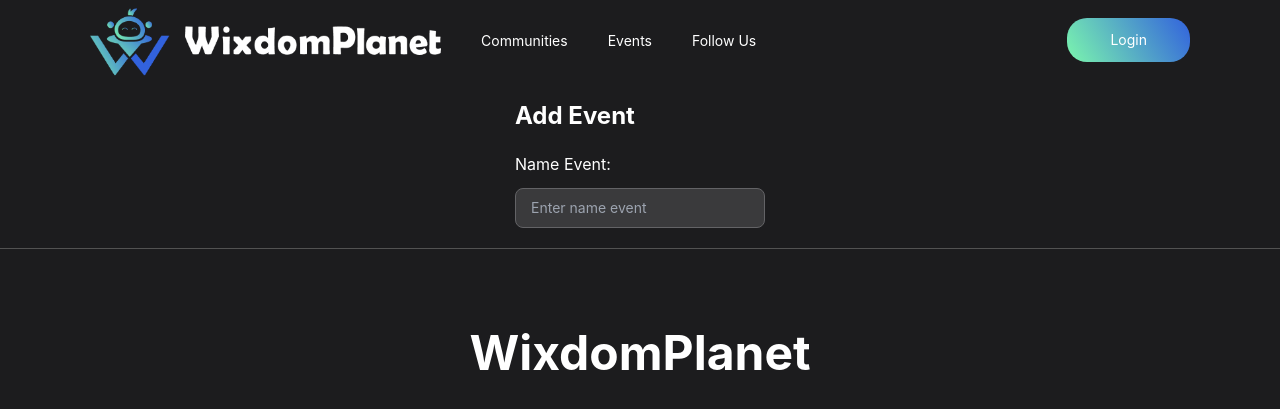
Repository: haudnn/WixdomPlanet-demo
Page: /add
The author's editor kept a copy of each file at every save. The page is drawn from the files as they stood at one save, then again after the next save.
The browser window is 1280 px wide. The pictures show the whole page.
The project was rebuilt for these pictures with package versions that can differ from the ones it lists, and the page was loaded fresh each time. Also part of the build but not shown: vite.config.js, src/App.css, src/features/Event/components/EventItem.jsx, src/features/Event/page/Event.jsx, src/features/Home.jsx.

Above is the page before, as saved 2023-02-03 11:52:57.

### src/App.jsx
import "./App.css";
import { BrowserRouter } from "react-router-dom";
import Header from "./components/Layout/Header";
import RoutesConfig from "./config/RoutesConfig";
import Footer from "./components/Layout/Footer";
function App() {
  return (
    <div className="App bg-[#1c1c1e] min-h-screen">
      <BrowserRouter>
        <Header />
        <RoutesConfig/>
        <Footer/>
      </BrowserRouter>
    </div>
  );
}

export default App;

### src/index.css
@tailwind base;
@tailwind components;
@tailwind utilities;

:root {
  font-family: Inter, system-ui, Avenir, Helvetica, Arial, sans-serif;
}

### src/components/Layout/Header.jsx
import React from 'react'
import { Link } from 'react-router-dom'
import logo from "../../assets/imgs/logo.png"
const Header = () => {
  return (
    <header className='h-[80px]'>
        <div className='max-w-[1140px] my-0 mx-auto h-full px-5'>
            <div className='flex items-center justify-between h-full'>
                <div className='flex items-center gap-x-10'>
                    <div className='h-[80px]'>
                        <Link to="/">
                            <img src={logo} alt="Logo" className='w-full h-full object-cover' />
                        </Link>
                    </div>
                    <ul className='flex items-center gap-x-10'>
                        <li>
                            <Link className='text-sm text-white' to="/communities">Communities</Link>
                        </li>
                        <li>
                            <Link className='text-sm text-white' to="/events">Events</Link>
                        </li>
                        <li>
                            <Link className='text-sm text-white' to="/follow">Follow Us</Link>
                        </li>
                    </ul>
                </div>
                <button style={{background: "linear-gradient(239deg,#3262dd,#7af4ae 98.78%)"}} className='text-sm text-white rounded-[20px] py-3 px-[43px]'>
                    <Link to="/login">Login</Link>
                </button>
            </div>
        </div>
    </header>
  )
}

export default Header

### src/config/RoutesConfig.jsx
import { Routes, Route } from 'react-router-dom';
import routes from '../constants/routes';
function RoutesConfig() {
  return (
    <Routes>
      {routes.map(({ path, component }) => (
        <Route key={path} path={path} element={component} />
      ))}
    </Routes>
  );
}
export default RoutesConfig;

### src/components/Layout/Footer.jsx
import React from 'react'

const Footer = () => {
  return (
    <footer className='border-t border-solid border-[#525252]'>
        <div className='max-w-[1140px] my-0 mx-auto px-5'>
            <div className="pt-[80px] pb-[48px] text-center text-white text-5xl font-bold">
               WixdomPlanet
            </div>
        </div>
    </footer>
  )
}

export default Footer

### src/constants/routes.jsx
import AddEvent from "../features/Event/page/AddEvent";
import Home from "../features/Home";

const routes = [
    {
      path: '/',
      component: <Home/>,
    },
    {
        path: '/add',
        component: <AddEvent/>,
      },
]
export default routes;

### src/features/Event/page/AddEvent.jsx
import React from "react";

const AddEvent = () => {
  return (
    <section className="add flex items-center justify-center my-5">
      <div>
        <p className="font-bold text-2xl text-white">Add Event</p>
        <div className="form mt-5">
          <form action="">
            <div>
              <label htmlFor="" className="text-white text-base">
                Name Event:
              </label>
              <div className="mt-3">
                <input
                  type="text"
                  placeholder="Enter name event"
                  className="text-sm px-[15px] h-10 leading-10 border border-solid border-[#636366] inline-block w-full bg-[#3a3a3c] rounded-lg text-white"
                />
              </div>
            </div>
          </form>
        </div>
      </div>
    </section>
  );
};

export default AddEvent;

Loaded but not shown: index.html (common file); src/main.jsx (common file); tailwind.config.cjs (common file)

After the next save:
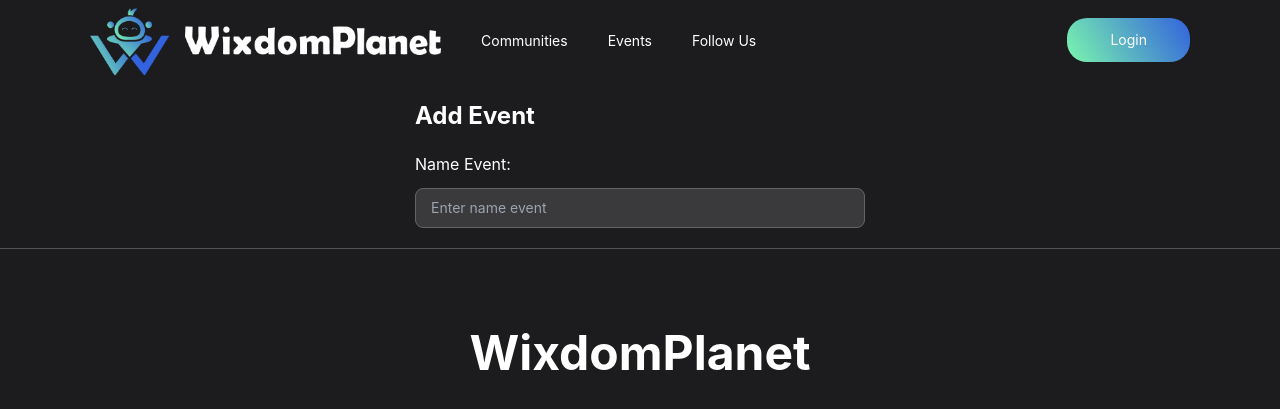
Saved 11 s later.
--- a/src/features/Event/page/AddEvent.jsx
+++ b/src/features/Event/page/AddEvent.jsx
@@ -11,7 +11,7 @@ const AddEvent = () => {
               <label htmlFor="" className="text-white text-base">
                 Name Event:
               </label>
-              <div className="mt-3">
+              <div className="mt-3 w-[450px]">
                 <input
                   type="text"
                   placeholder="Enter name event"
